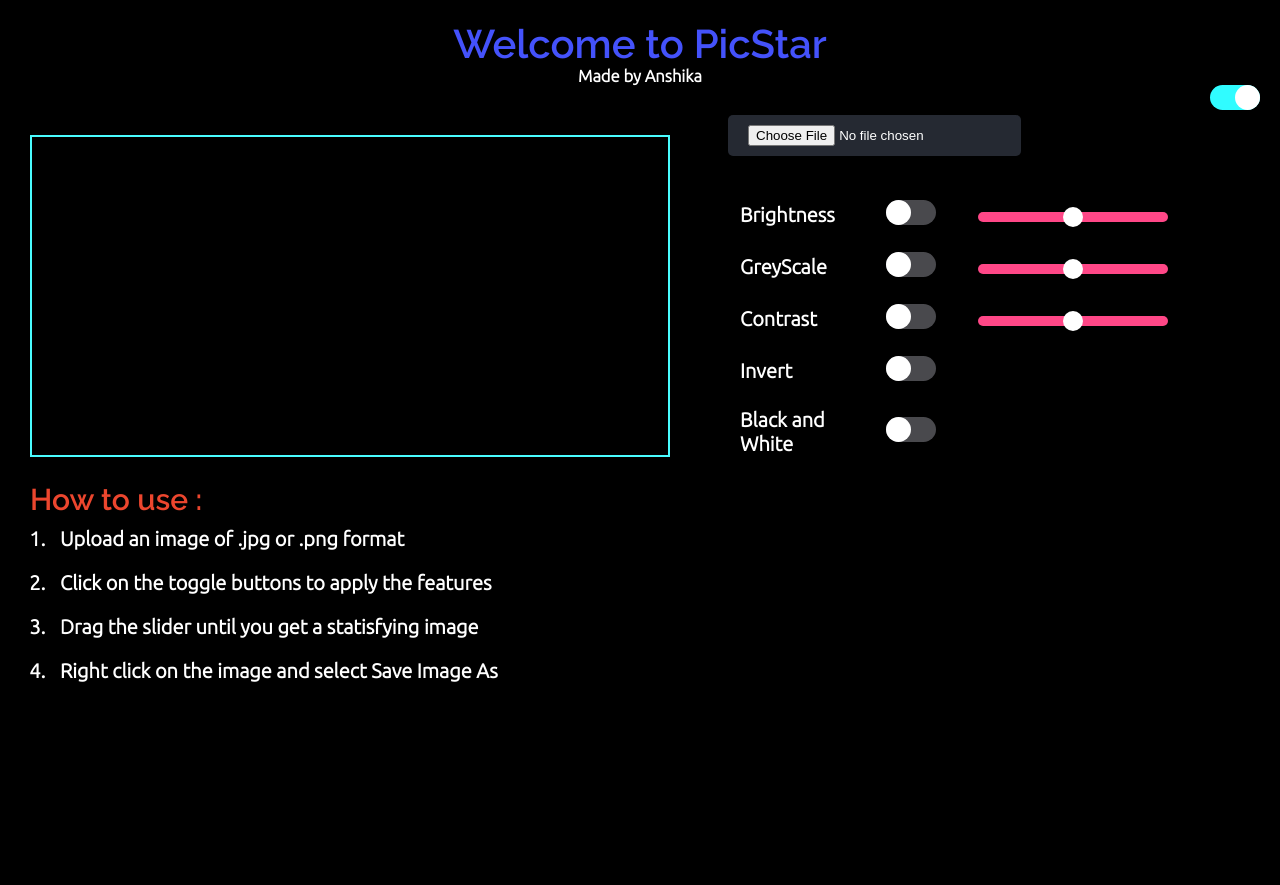
Repository: ANSHIKA1806/PICSTAR
Page: index.html
These files come from the project's save history. The page is drawn as it stood at one moment and after the next save; the edit follows.
The browser window is 1280 px wide. The pictures show the whole page.
After loading, the first visible `#theme` was changed once.

Above is the page before, as saved 2021-10-08 20:49:46.

### index.html
<!DOCTYPE html>
<html lang="en">

<head>
	<link rel='icon' href='favicon.ico' type='image/x-icon'>
	<meta charset="UTF-8">
	<title>PicStar Image Editor</title>
	<link rel="stylesheet" href="./style.css">

</head>

<body>

	<!-- partial:index.partial.html -->
	<h1 id="main-heading">Welcome to PicStar</h1>
	<h5 id="heading-subtext">Made by Anshika</h5>
	<input type="checkbox" class="theme" id="theme"/>

	<div class="editparts">

		<table>
			<tr>
				<input type="file" id="imageLoader" name="imageLoader" value="upload picture" />
			</tr>
			<tr>
				<td>Brightness</td>
				<td><input type="checkbox" id="bri_check" /></td>
				<td><input type="range" min="0" max="1" step="0.01" id="bright"></td>
			</tr>
			<tr>
				<td>GreyScale</td>
				<td><input type="checkbox" id="gre_check" /></td>
				<td><input type="range" min="0" max="3" step="0.3" id="greyscale"></td>
			</tr>
			<tr>
				<td>Contrast</td>
				<td><input type="checkbox" id="cont_check" /></td>
				<td><input type="range" min="0" max="500" step="1" id="contrast"></td>
			</tr>
			<tr>
				<td>Invert</td>
				<td><input type="checkbox" id="invert" /></td>
				<td></td>
			</tr>
			<tr>
				<td>Black and White</td>
				<td><input type="checkbox" id="bwhite"></td>
				<td></td>
			</tr>
		</table>
	</div>
	<canvas id="canvas"></canvas>
	<h3 id="instructions-heading">How to use : </h3>
	<h4 id="instructions">
		<ol>
			<li>Upload an image of .jpg or .png format</li>
			<li>Click on the toggle buttons to apply the features</li>
			<li>Drag the slider until you get a statisfying image</li>
			<li>Right click on the image and select Save Image As</li>
		</ol>
	</h4>
	<!-- partial -->
	<script src="./script.js"></script>

</body>

</html>

### style.css
@import url('https://fonts.googleapis.com/css2?family=Raleway:wght@600&display=swap');
@import url('https://fonts.googleapis.com/css2?family=Ubuntu:wght@300&display=swap');

::-webkit-scrollbar {
	display: none;
}


* {
	margin: 0;
	padding: 0;
	box-sizing: border-box;
}

* {
	outline: transparent;
	padding: 0;
	margin: 0;
	box-sizing: border-box;
}

body {
	background-color: rgb(0, 0, 0);
	color: #fff;
	font-family: 'Ubuntu', sans-serif;
	font-weight: bold;
	font-size: 20px;
}

#main-heading {
	font-family: 'Raleway', sans-serif;
	font-weight: 600;
	text-align: center;
	margin-top: 20px;
	color: rgb(68, 82, 251);
}

#heading-subtext {
	font-family: 'Ubuntu', sans-serif;
	text-align: center;
}

.editparts {
	width: 40%;
	float: right;
	padding: 30px;
	height: 800px;
}

#imageLoader {
	background-color: #252932;
	color: white;
}

canvas {
	border: 2px solid #4afcff;
	width: 50%;
	display: inline-block;
	margin-top: 50px;
	height: 40%;
	margin-left: 30px;
}

input[type="file"] {
	display: inline-block;
	margin-bottom: 30px;
	background-color: #fff;
	color: #252932;
	padding: 10px 20px;
	border-radius: 5px;
}

input[type="checkbox"] {
	position: relative;
	width: 50px;
	height: 25px;
	background-color: #49494d;
	appearance: none;
	-webkit-appearance: none;
	-moz-appearance: none;
	border-radius: 20px;
	transition: 0.5s;
	cursor: pointer;
	display: inline-block;
	margin-right: 20px;
}

input:checked[type="checkbox"] {
	background-color: #30fcff;
	outline: none;
	padding-left: 10px;
}

input[type="checkbox"]:before {
	content: '';
	width: 25px;
	height: 25px;
	border-radius: 50%;
	background-color: #fff;

	position: absolute;
	top: 0;
	left: 0;
	transition: 0.5s;
}

input:checked[type="checkbox"]:before {
	left: 25px;
	transition: 0.5s;
}

input[type="range"] {
	appearance: none;
	-webkit-appearance: none;
	-moz-appearance: none;
	width: 190px;
	height: 10px;
	background-color: #ff4787;
	border-radius: 20px;
	outline: transparent;
	cursor: pointer;
}

input[type="range"]::-webkit-slider-thumb {
	-webkit-appearance: none;
	appearance: none;
	width: 20px;
	height: 20px;
	background-color: #ffffff;
	cursor: pointer;
	border-radius: 100%;
	border: none;
	outline: transparent;

}

input[type="range"]::-moz-range-thumb {
	-moz-appearance: none;
	appearance: none;
	width: 20px;
	height: 20px;
	background-color: #e1a1ff;
	cursor: pointer;
	border-radius: 25%;
	border: none;
	outline: transparent;
	box-shadow: inset 0 0 5px rgba(0, 0, 0, 0.5);
}

tr td {
	padding: 10px;
}

#instructions-heading {
	font-family: 'Raleway', sans-serif;
	color: rgb(236, 70, 46);
	margin-top: 20px;
	margin-left: 30px;
	font-size: 30px;
}

#instructions {
	margin-left: 50px;
	font-size: 20px;
}

ol li {
	padding: 10px;
}

.theme {
	float: right;
}

### script.js
var bright = document.getElementById("bright");
			var bri_c = document.getElementById("bri_check");
			var scale = document.getElementById("greyscale");
			var gre_c = document.getElementById("gre_check");
			var cont = document.getElementById("contrast");
			var cont_ch = document.getElementById("cont_check");
			var invert = document.getElementById("invert");
			var bw = document.getElementById("bwhite");
			var ctx = document.getElementById("canvas").getContext("2d");
			var canvas = document.getElementById("canvas");

			var imageLoader = document.getElementById("imageLoader");
			imageLoader.addEventListener("change", handleImage);
			bright.addEventListener("change", brights);
			bri_c.addEventListener("click", brights);
			scale.addEventListener("change", brights);
			gre_c.addEventListener("click", brights);
			cont.addEventListener("change", brights);
			cont_ch.addEventListener("click", brights);
			invert.addEventListener("click", brights);
			bw.addEventListener("click", brights);


			var img, mydata;;
			function handleImage(e) {
				var reader = new FileReader();
				reader.onload = function(event) {
				img = new Image();
					img.onload = function() {
					canvas.width = img.width;
					canvas.height = img.height;
					ctx.drawImage(img, 0, 0);
					newImage = ctx.getImageData(0, 0, 800, 400);
					mydata = newImage.data;
					newImage.data = mydata;
					ctx.putImageData(newImage, 0, 0);
					};
				img.src = event.target.result;
				};
				if(e.target.id == "imageLoader"){
					reader.readAsDataURL(e.target.files[0]);
				}
			}




			function brights(){

				ctx.drawImage(img, 0, 0);
				newImage = ctx.getImageData(0,0,img.width,img.height);
				mydata = newImage.data;
				newImage.data = mydata;
				ctx.putImageData(newImage, 0, 0);

				//start brightness
				if(bri_c.checked == true){
					for(var i = 0;i<mydata.length;i+=4){
						mydata[i] 	= mydata[i]   * bright.value;
						mydata[i+1] = mydata[i+1] * bright.value;
						mydata[i+2] = mydata[i+2] * bright.value;
					}
				}
				//End brightness

			//start greyscale
				if(gre_c.checked == true){
					for(var i = 0;i<mydata.length;i+=4){
						var grey = (mydata[i] + mydata[i+1] + mydata[i+2]) / scale.value;
						mydata[i] 	= grey;
						mydata[i+1] = grey;
						mydata[i+2] = grey;
					}
				}
			//end grey scale

			//start Contrast
				if(cont_ch.checked == true){
					for(var i = 0;i<mydata.length;i+=4){
						var factor = (259 * (cont.value + 255)) / (255 * (259 - cont.value));
						mydata[i] 	= factor * (mydata[i] - 128) + 128;
						mydata[i+1] = factor * (mydata[i+1] - 128) + 128;
						mydata[i+2] = factor * (mydata[i+2] - 128) + 128;
					}
				}
			//end Contrast

			//start invert picture
				if(invert.checked == true){
					for(var i = 0;i<mydata.length;i+=4){
						mydata[i] 	= 255 - mydata[i];
						mydata[i+1] = 255 - mydata[i+1];
						mydata[i+2] = 255 - mydata[i+2];
					}
					newImage.data = mydata;
					ctx.putImageData(newImage,0,0);
				}
			//End invert picture

			//start B/W picture
				if(bw.checked == true){
					for(var i = 0;i< mydata.length;i+=4){
						var grey = (mydata[i] + mydata[i+1] + mydata[i+2]) / 3;
						if(grey < 128){
							mydata[i] = mydata[i+1] = mydata[i+2] = 0;
						}else{
							mydata[i] = mydata[i+1] = mydata[i+2] = 255;
						}
					}
				newImage.data = mydata;
				ctx.putImageData(newImage,0,0);
				}
			//End B/W picture
			newImage.data = mydata;
			ctx.putImageData(newImage,0,0);
			}
						/*End Editing Function*/

			var modeActivated = document.getElementById("theme");
			modeActivated.addEventListener('change', function() {
				alert("WORKS");
			})

After the next save:
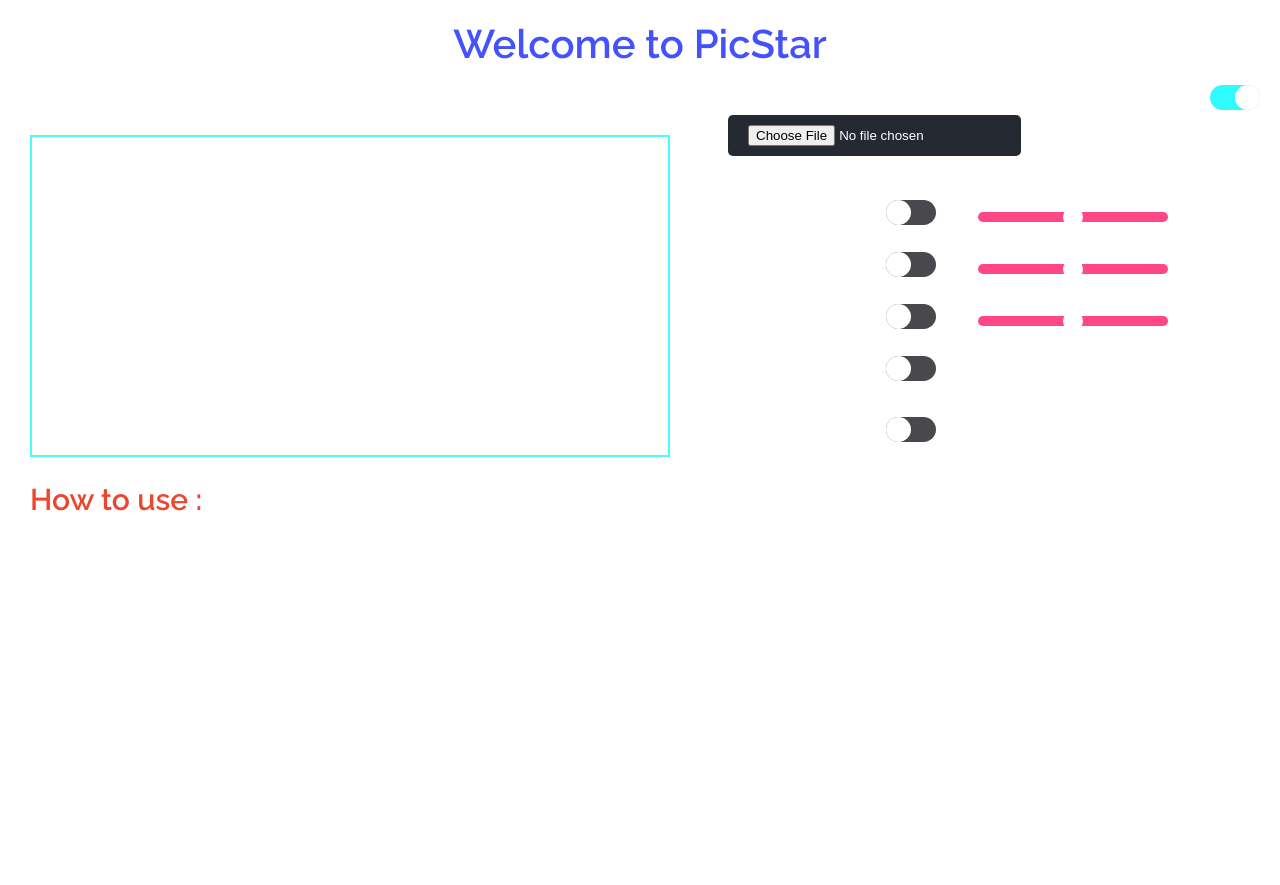
Saved 2 min 6 s later.
--- a/script.js
+++ b/script.js
@@ -118,5 +118,5 @@
 
 			var modeActivated = document.getElementById("theme");
 			modeActivated.addEventListener('change', function() {
-				alert("WORKS");
+				document.body.style.background = "#fff";
 			})

After the 3 saves that followed:
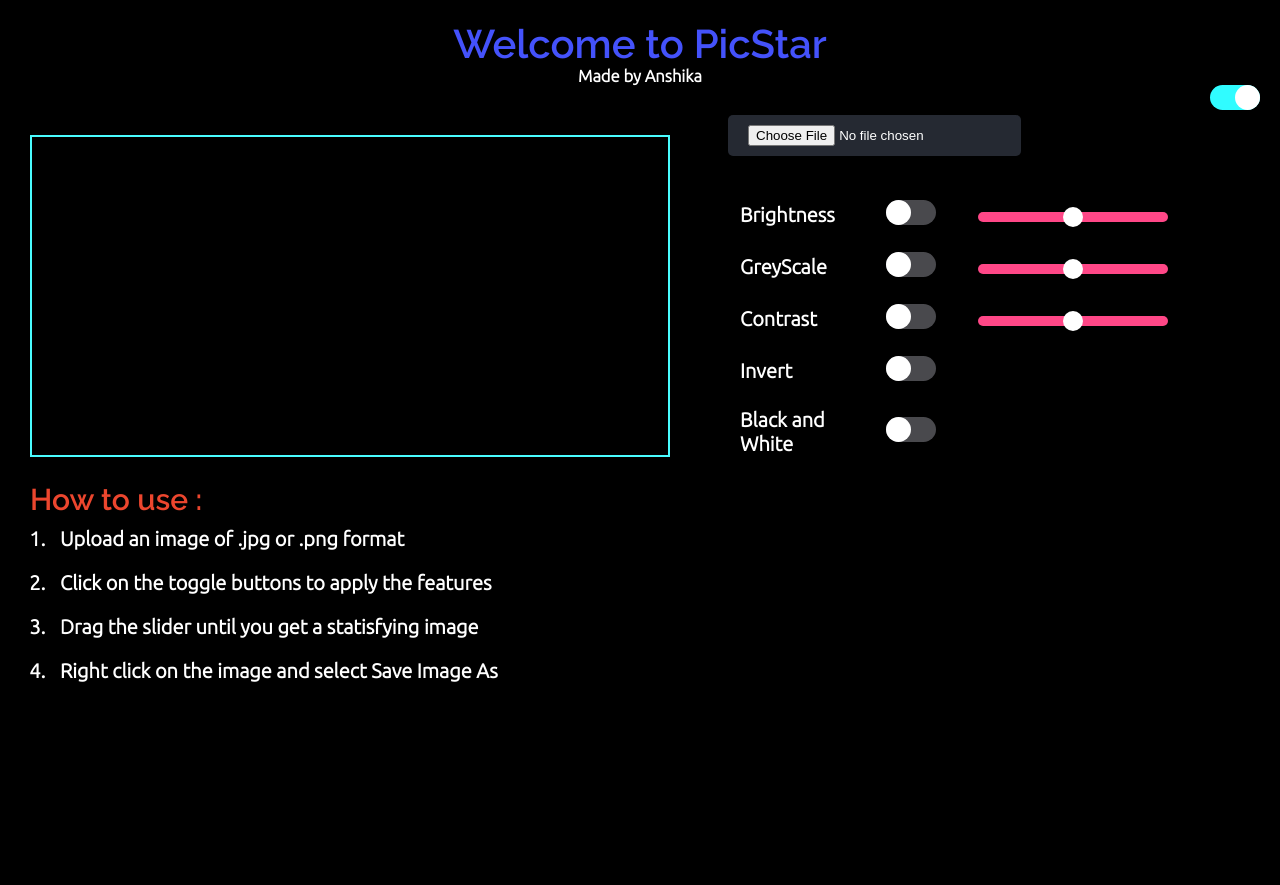
The 3 saves are shown as one change because 2 left the picture as it was.
The last was saved 4 min 23 s later.
--- a/script.js
+++ b/script.js
@@ -117,6 +117,12 @@
 						/*End Editing Function*/
 
 			var modeActivated = document.getElementById("theme");
-			modeActivated.addEventListener('change', function() {
-				document.body.style.background = "#fff";
+			modeActivated.addEventListener('change', function(e) {
+				if (e.checked) {
+					document.body.style.background = "#fff";
+				}
+				else {
+					document.body.style.background = "black";
+				}
+
 			})
